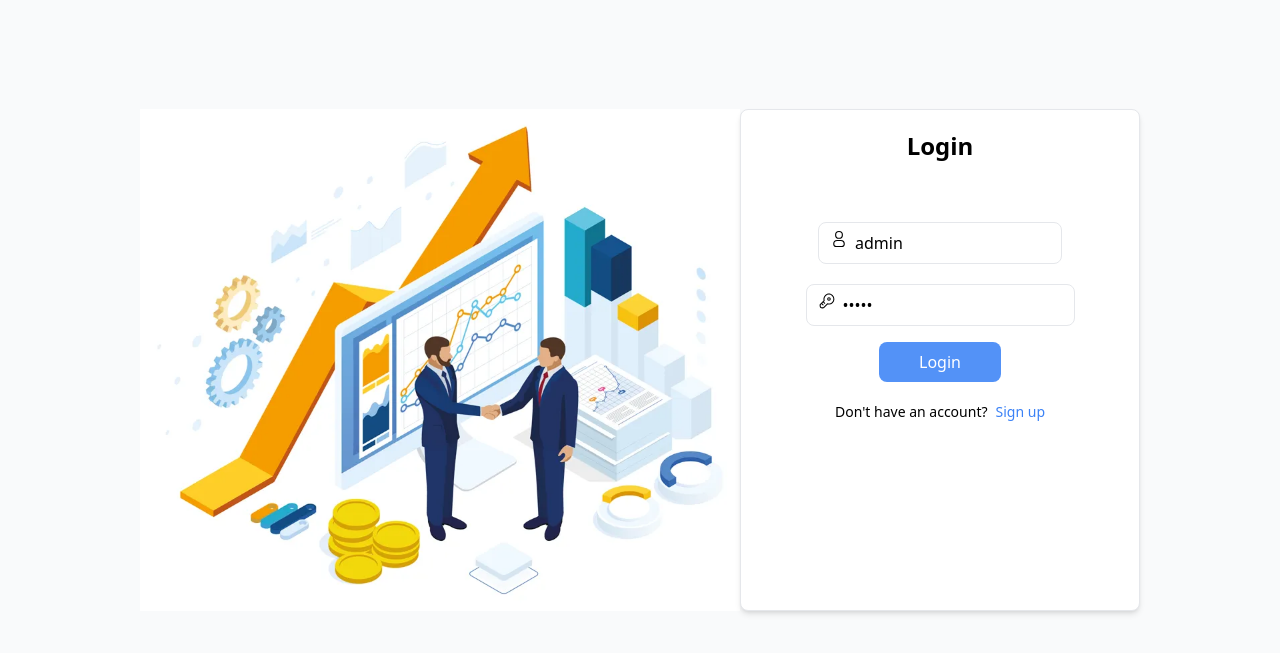
Repository: Fortivera/yourestate
Page: /
An editor plug-in stored every save of this project. The page is shown before and after the next save, followed by the edit.
The browser window is 1280 px wide. The pictures show the whole page.
The project was rebuilt for these pictures with package versions that can differ from the ones it lists, and the page was loaded fresh each time. The framework's server and built-in components were replaced by stand-ins that run in the browser. Also part of the build but not shown: next.config.js.

Above is the page before, as saved 2023-11-02 14:44:39.

After the next save:
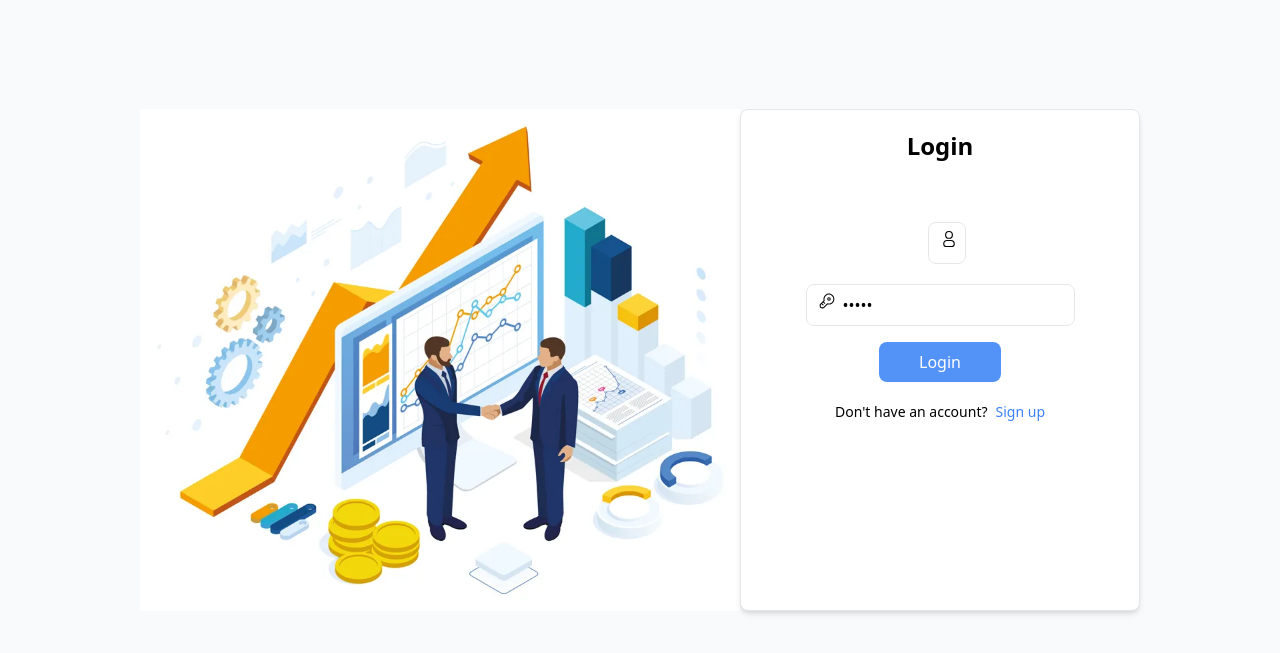
Saved 72 s later.
--- a/src/app/page.tsx
+++ b/src/app/page.tsx
@@ -14,7 +14,7 @@ export default function Login() {
           <div className="flex flex-col items-center w-[400px] px-4 pb-6 pt-5 bg-white border rounded-lg shadow-md">
             <h1 className="text-2xl font-semibold text-center mb-4">Login</h1>
 
-            <div className="w-2/3 mt-10 mb-4 relative">
+            <div className="w-6 mt-10 mb-4 relative">
               <label className="text-sm" htmlFor="Name">
                 <SvgNewUser width={18} height={18} className={"absolute left-3 top-3"} />
               </label>
